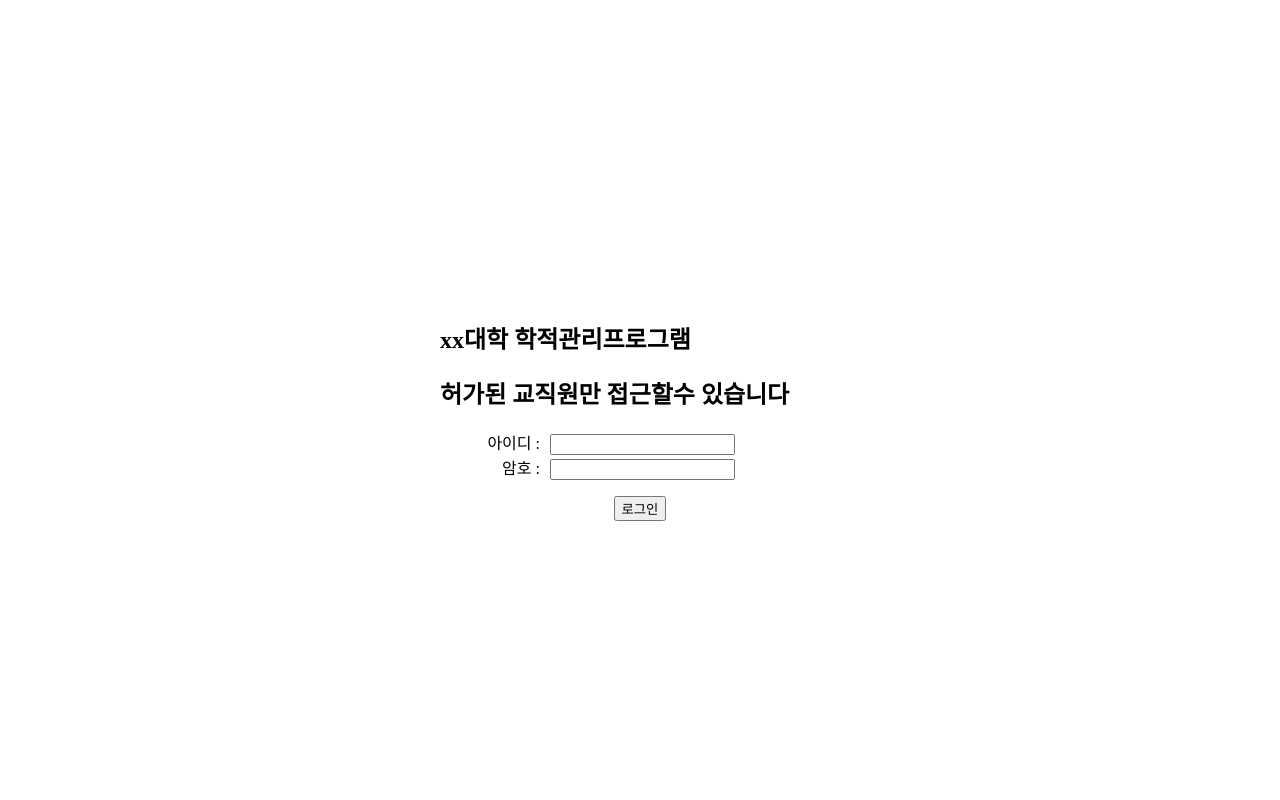
Repository: KangJinSol/jsp
Page: http://localhost/StudentProject/university_login.jsp
The author's editor kept a copy of each file at every save. The page is drawn from the files as they stood at one save, then again after the next save.
The browser window is 1280 px wide. The pictures show the whole page.
The page is served by Tomcat 9. Other server files are loaded and not shown.

Above is the page before, as saved 2021-01-22 09:35:45.

### jsp/StudentProject/WebContent/university_login.jsp
<%@ page language="java" contentType="text/html; charset=UTF-8"
    pageEncoding="UTF-8"%>
<!DOCTYPE html>
<html>
<head>
<meta charset="UTF-8">
<title>로그인</title>
<style>
.container{
	width:400px;
	margin:100px auto;
	height: 600px;
	padding-top:200px;
	box-sizing: border-box;
}
label{
	width:100px;
	display:inline-block;
	text-align: right;
	padding-right:10px;
}
p{
	text-align: center;
}
</style>
</head>
<body>

	<div class="container">
		<h2>xx대학 학적관리프로그램</h2>
		<h2>허가된 교직원만 접근할수 있습니다</h2>
		<form method="post" action="login.do">
			<label for="name">아이디 : </label><input type="text" name="id" id="id"><br>
			<label for="sabun">암호 : </label><input type="password" name="pass" id="sabun"><br>
			<p>
			<button type="submit">로그인</button>
			</p>
		</form>
	</div>

</body>
</html>

After the next save:
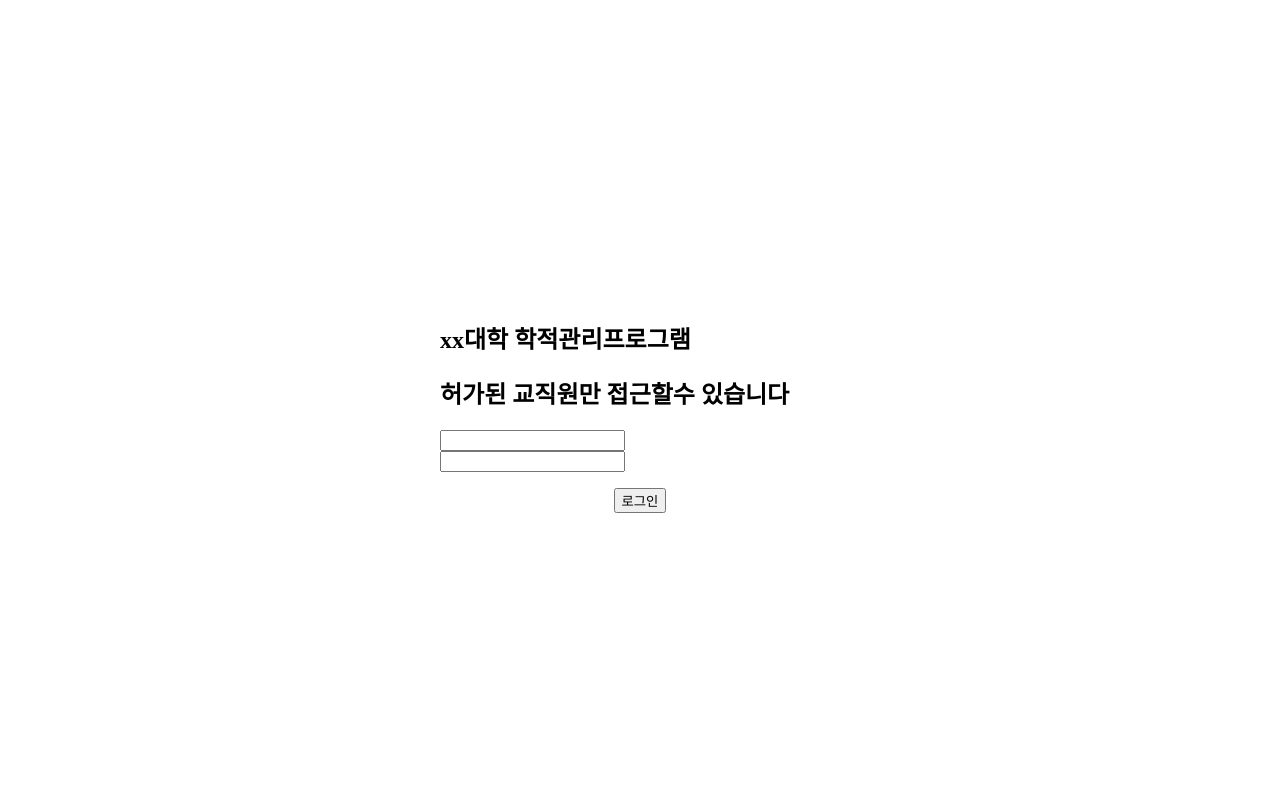
Saved 43 s later.
--- a/jsp/StudentProject/WebContent/university_login.jsp
+++ b/jsp/StudentProject/WebContent/university_login.jsp
@@ -30,8 +30,8 @@ p{
 		<h2>xx대학 학적관리프로그램</h2>
 		<h2>허가된 교직원만 접근할수 있습니다</h2>
 		<form method="post" action="login.do">
-			<label for="name">아이디 : </label><input type="text" name="id" id="id"><br>
-			<label for="sabun">암호 : </label><input type="password" name="pass" id="sabun"><br>
+			<input type="text" name="id" id="id"><br>
+			<input type="password" name="pass" id="sabun"><br>
 			<p>
 			<button type="submit">로그인</button>
 			</p>
